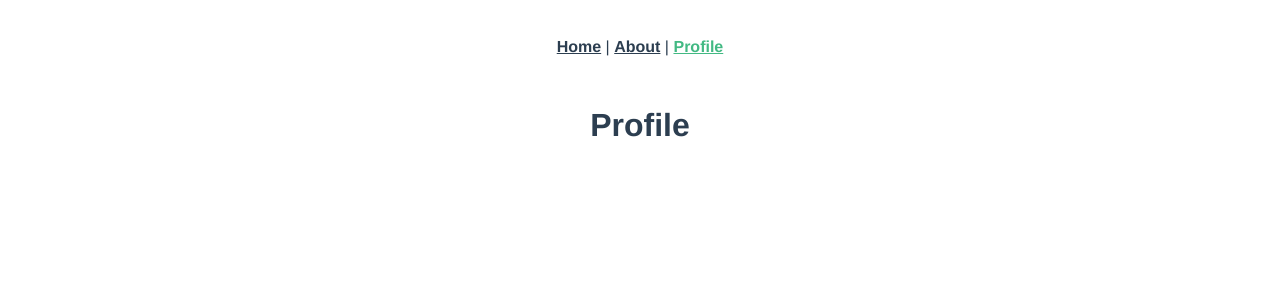
Repository: syawal2kalii/2_basic_vue_ui_router
Page: /#/profile
The author's editor kept a copy of each file at every save. The page is drawn from the files as they stood at one save, then again after the next save.
The browser window is 1280 px wide. The pictures show the whole page.
The project was rebuilt for these pictures with package versions that can differ from the ones it lists, and the page was loaded fresh each time. Also part of the build but not shown: src/components/HelloWorld.vue, src/views/Home.vue.

Above is the page before, as saved 2020-06-15 09:21:34.

After the next save:
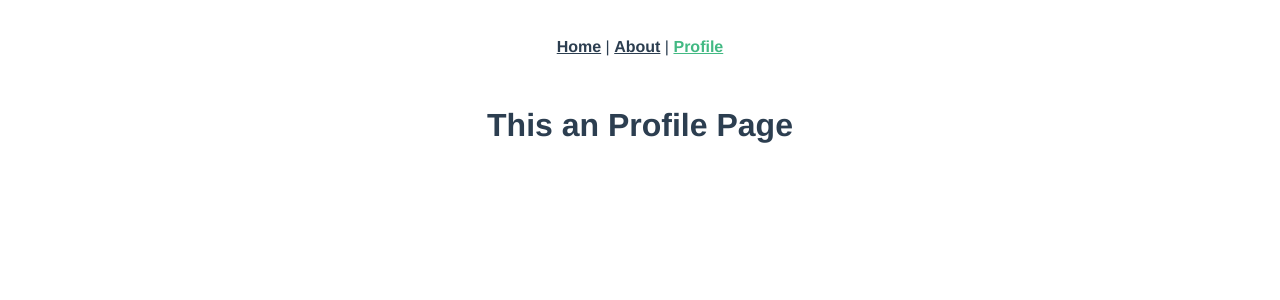
Saved 47 s later.
--- a/src/views/Profile.vue
+++ b/src/views/Profile.vue
@@ -1,5 +1,5 @@
 <template>
     <div class="profile">
-        <h1>Profile</h1>
+        <h1>This an Profile Page</h1>
     </div>
 </template>
